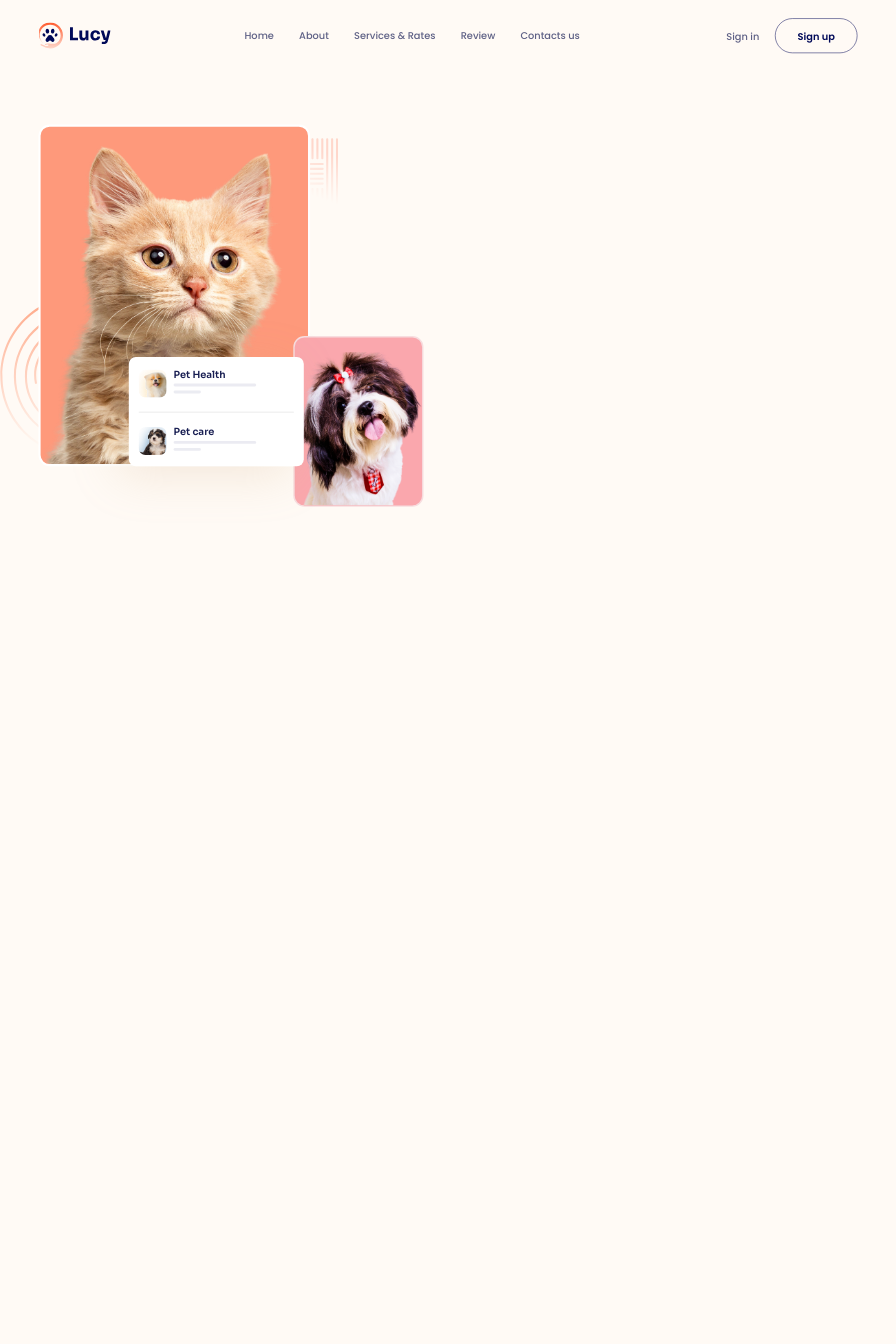
Repository: anhtien111198/f8-htmlcss-04
Page: index.html
The author's editor kept a copy of each file at every save. The page is drawn from the files as they stood at one save, then again after the next save.
The browser window is 1280 px wide. The pictures show the part of the page from y = 0 to 1920 px (the page is 5000 px tall), at 70% of full size.

Above is the page before, as saved 2023-05-17 11:51:01.

### index.html
<!DOCTYPE html>
<html lang="en">
    <head>
        <meta charset="UTF-8" />
        <meta http-equiv="X-UA-Compatible" content="IE=edge" />
        <meta name="viewport" content="width=device-width, initial-scale=1.0" />
        <title>Lucy - Established &amp Trusted Pet Care Service</title>
        <!-- favicon -->
        <link
            rel="apple-touch-icon"
            sizes="57x57"
            href="./assets/favicon/apple-icon-57x57.png"
        />
        <link
            rel="apple-touch-icon"
            sizes="60x60"
            href="./assets/favicon/apple-icon-60x60.png"
        />
        <link
            rel="apple-touch-icon"
            sizes="72x72"
            href="./assets/favicon/apple-icon-72x72.png"
        />
        <link
            rel="apple-touch-icon"
            sizes="76x76"
            href="./assets/favicon/apple-icon-76x76.png"
        />
        <link
            rel="apple-touch-icon"
            sizes="114x114"
            href="./assets/favicon/apple-icon-114x114.png"
        />
        <link
            rel="apple-touch-icon"
            sizes="120x120"
            href="./assets/favicon/apple-icon-120x120.png"
        />
        <link
            rel="apple-touch-icon"
            sizes="144x144"
            href="./assets/favicon/apple-icon-144x144.png"
        />
        <link
            rel="apple-touch-icon"
            sizes="152x152"
            href="./assets/favicon/apple-icon-152x152.png"
        />
        <link
            rel="apple-touch-icon"
            sizes="180x180"
            href="./assets/favicon/apple-icon-180x180.png"
        />
        <link
            rel="icon"
            type="image/png"
            sizes="192x192"
            href="./assets/favicon/android-icon-192x192.png"
        />
        <link
            rel="icon"
            type="image/png"
            sizes="32x32"
            href="./assets/favicon/favicon-32x32.png"
        />
        <link
            rel="icon"
            type="image/png"
            sizes="96x96"
            href="./assets/favicon/favicon-96x96.png"
        />
        <link
            rel="icon"
            type="image/png"
            sizes="16x16"
            href="./assets/favicon/favicon-16x16.png"
        />
        <link rel="manifest" href="./assets/favicon/manifest.json" />
        <meta name="msapplication-TileColor" content="#ffffff" />
        <meta
            name="msapplication-TileImage"
            content="./assets/favicon/ms-icon-144x144.png"
        />
        <meta name="theme-color" content="#ffffff" />
        <!-- reset css-->
        <link rel="stylesheet" href="./assets/css/reset.css" />
        <!-- Embed font family-->
        <link rel="preconnect" href="https://fonts.googleapis.com" />
        <link rel="preconnect" href="https://fonts.gstatic.com" crossorigin />
        <link
            href="https://fonts.googleapis.com/css2?family=Poppins:wght@300;400;500;600&family=Sora:wght@400;500;600;700;800&display=swap"
            rel="stylesheet"
        />
        <!-- style css -->
        <link rel="stylesheet" href="./assets/css/style.css" />
    </head>
    <body style="height: 5000px">
        <!-- header -->
        <header class="header">
            <div class="container">
                <div class="header__inner">
                    <!-- logo -->
                    <img src="./assets/images/logo.svg" alt="" class="logo" />
                    <!-- navbar -->
                    <nav class="navbar">
                        <ul class="navbar__list">
                            <li class="navbar__item">
                                <a href="#!" class="navbar__link">Home</a>
                            </li>
                            <li class="navbar__item">
                                <a href="#!" class="navbar__link">About</a>
                            </li>
                            <li class="navbar__item">
                                <a href="#!" class="navbar__link">
                                    Services &amp Rates
                                </a>
                            </li>
                            <li class="navbar__item">
                                <a href="#!" class="navbar__link">Review</a>
                            </li>
                            <li class="navbar__item">
                                <a href="#!" class="navbar__link">
                                    Contacts us
                                </a>
                            </li>
                        </ul>
                    </nav>
                    <!-- header action -->
                    <div class="header-action">
                        <a href="#!" class="header-action__link">Sign in</a>
                        <a href="#!" class="header-action__btn btn">Sign up</a>
                    </div>
                </div>
            </div>
        </header>
        <!-- hero -->
        <section class="hero">
            <div class="container">
                <div class="hero__inner">
                    <!-- hero media -->
                    <div class="hero__media">
                        <div class="hero__img-wrap">
                            <img
                                src="./assets/images/pet-01.png"
                                alt=""
                                class="hero__img"
                            />
                            <!-- decorators -->
                            <img
                                src="./assets/images/decor-01.svg"
                                alt=""
                                class="hero__decor hero__decor-left"
                            />
                            <img
                                src="./assets/images/decor-02.svg"
                                alt=""
                                class="hero__decor hero__decor-right"
                            />
                        </div>
                        <div class="hero__img-wrap hero__img-wrap-small">
                            <img
                                src="./assets/images/pet-02.png"
                                alt=""
                                class="hero__img hero__img-small"
                            />
                        </div>
                        <div class="hero__list">
                            <section class="hero-list-item">
                                <img
                                    src="./assets/images/pet-03.png"
                                    alt=""
                                    class="hero-list-item__thumb"
                                />
                                <div class="hero-list-item__info">
                                    <p class="hero-list-item__title">
                                        Pet Health
                                    </p>
                                    <div class="hero-list-item__skeleton"></div>
                                    <div class="hero-list-item__skeleton"></div>
                                </div>
                            </section>
                            <div class="hero-list-item__separate"></div>
                            <section class="hero-list-item">
                                <img
                                    src="./assets/images/pet-04.png"
                                    alt=""
                                    class="hero-list-item__thumb"
                                />
                                <div class="hero-list-item__info">
                                    <p class="hero-list-item__title">
                                        Pet care
                                    </p>
                                    <div class="hero-list-item__skeleton"></div>
                                    <div class="hero-list-item__skeleton"></div>
                                </div>
                            </section>
                        </div>
                    </div>
                    <!-- hero content -->
                    <section class="hero__content"></section>
                </div>
            </div>
        </section>
    </body>
</html>

### assets/css/style.css
* {
    box-sizing: border-box;
}
html {
    font-size: 62.5%;
}
body {
    font-size: 1.6rem;
    font-family: "Poppins", sans-serif;
    background: #fffaf5;
}
/* ======================Common=================== */
a {
    text-decoration: none;
}
h1,
h2,
h3,
h4,
h5,
h6 {
    font-family: "Sora", sans-serif;
}
input,
textarea,
button,
select {
    font-size: inherit;
    font-family: inherit;
}
.container {
    width: 1170px;
    max-width: calc(100% - 48px);
    margin: 0 auto;
}
.btn {
    --height: 56px;
    display: inline-block;
    min-width: 130px;
    height: var(--height);
    line-height: var(--height);
    border: 1px solid rgba(0, 9, 88, 0.7);
    border-radius: 99px;
    font-weight: 600;
    font-size: 1.4rem;
    text-align: center;
    color: #000958;
}
.btn:hover {
    opacity: 0.9;
}
/* ===========header============== */
.header {
    position: sticky;
    top: -26px;
    z-index: 1;
    padding: 26px 0;
}
.header__inner {
    display: flex;
    align-items: center;
    justify-content: space-between;
}
.navbar__list {
    display: flex;
}
.navbar__link,
.header-action__link {
    padding: 8px 18px;
    font-weight: 500;
    font-size: 1.4rem;
    line-height: 1;
    color: #5e6085;
}
.navbar__link:hover {
    color: #000958;
    text-shadow: 1px 0 0 currentColor;
}
.header-action__btn {
    --height: 50px;
    min-width: 118px;
}
/* =======Hero======= */
.hero {
    margin-top: 76px;
}
.hero__inner {
    display: flex;
    align-items: center;
    justify-content: space-between;
}
.hero__media {
    display: flex;
    position: relative;
    padding-bottom: -29px;
}
.hero__img-wrap {
    position: relative;
    display: flex;
    align-items: flex-end;
    justify-content: center;
    width: 388px;
    height: 488px;
    background: #fe997b;
    border-radius: 16px;
    border: 3px solid #fff;
}
.hero__img {
    max-width: 100%;
    max-height: 100%;
    border-radius: inherit;
}
.hero__decor {
    position: absolute;
    z-index: -1;
}
.hero__decor-left {
    left: -58px;
    bottom: 10px;
}
.hero__decor-right {
    top: 16px;
    right: -43px;
}
.hero__img-wrap-small {
    align-self: flex-end;
    width: 186px;
    height: 244px;
    margin: 0 0 -58px -24px;
    border: 2px solid #f7dddf;
    background: #faa7ad;
}
.hero__list {
    position: absolute;
    left: 129px;
    bottom: 0;
    width: 250px;
    height: 156px;
    padding: 18px 14px;
    background: #fff;
    box-shadow: -17px 14px 68px -4px rgba(207, 174, 132, 0.25);
    border-radius: 10px;
}
.hero-list-item {
    display: flex;
}
.hero-list-item__thumb {
    width: 40px;
    height: 40px;
    border-radius: 10px;
    object-fit: cover;
}
.hero-list-item__info {
    margin-left: 10px;
}
.hero-list-item__title {
    font-family: "Sora", sans-serif;
    font-weight: 600;
    font-size: 1.4rem;
    line-height: 1;
    color: #181e52;
}
.hero-list-item__skeleton {
    margin-top: 6px;
    width: 118px;
    height: 4px;
    background: #000958;
    opacity: 0.08;
    border-radius: 10px;
}
.hero-list-item__skeleton:last-child {
    width: 39px;
}
.hero-list-item__separate {
    width: 100%;
    height: 2px;
    margin: 20px 0;
    border-radius: 99px;
    background: #f2f2f2;
}
.hero-list-item:nth-child(2) .hero-list-item__thumb {
    background: #c6e2fa;
}

Loaded but not shown: assets/css/reset.css (common file)

After the next save:
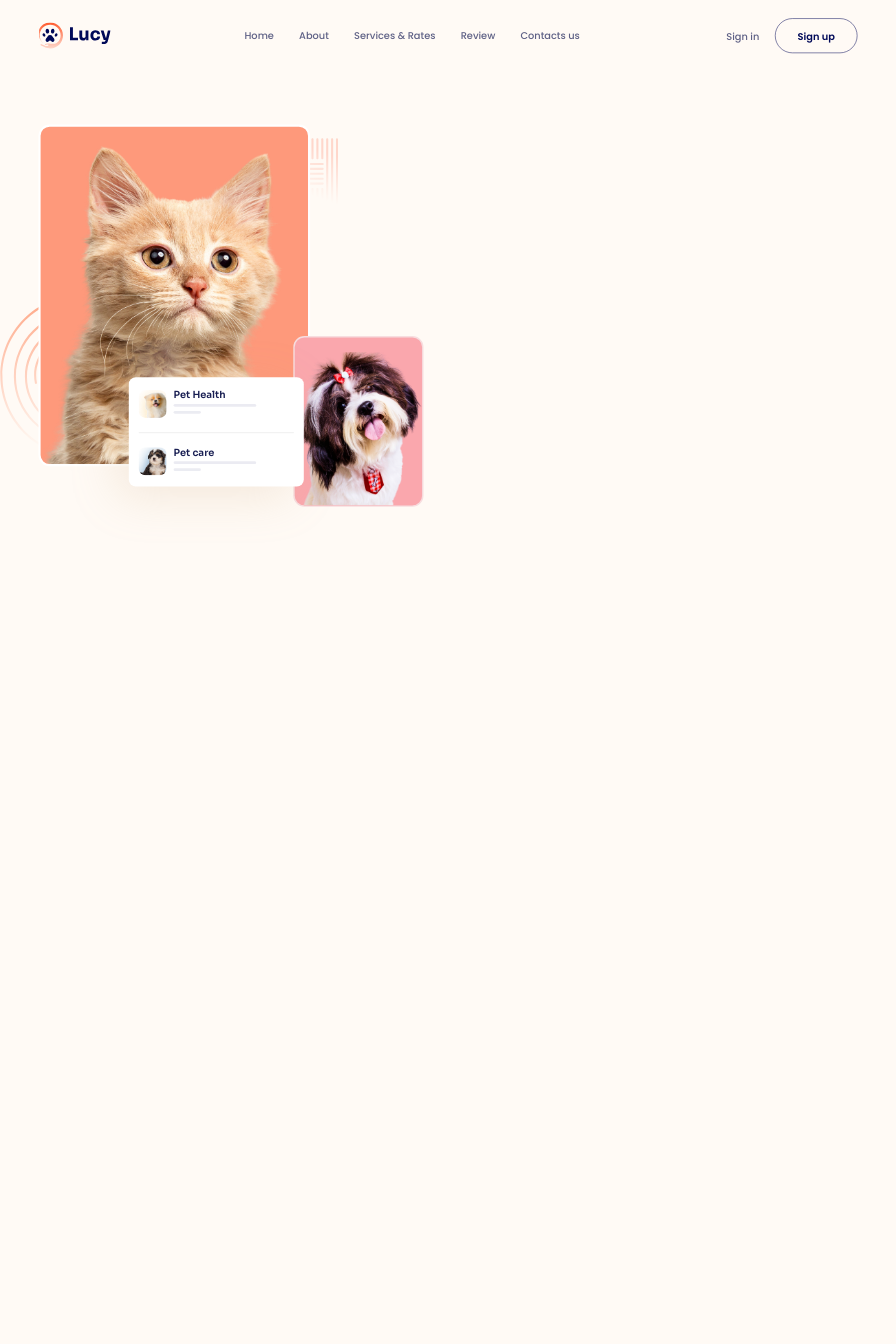
Saved 7 s later.
--- a/assets/css/style.css
+++ b/assets/css/style.css
@@ -92,7 +92,7 @@ select {
 .hero__media {
     display: flex;
     position: relative;
-    padding-bottom: -29px;
+    padding-bottom: 29px;
 }
 .hero__img-wrap {
     position: relative;
